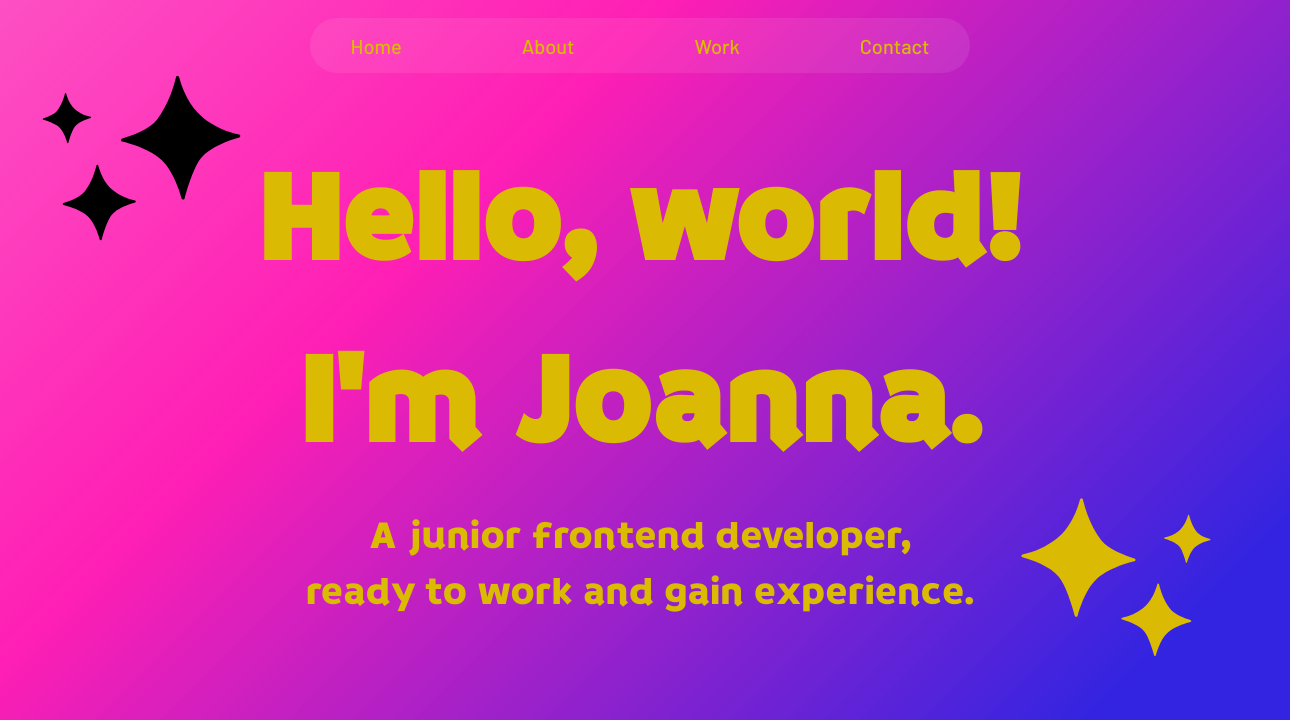
Repository: JJonka/portfolio_site
Page: /
The author's editor kept a copy of each file at every save. The page is drawn from the files as they stood at one save, then again after the next save.
The browser window is 1280 px wide. The page is 1290 px wide, so the pictures cover 1290 px, including what lies to the right of the window. The pictures show the whole page.
The project was rebuilt for these pictures with package versions that can differ from the ones it lists, and the page was loaded fresh each time. Also part of the build but not shown: vite.config.ts, src/components/EndOfSection.module.scss, src/components/EndOfSection.tsx, src/pages/About.tsx, src/components/LogoIcon.module.scss, src/components/LogoIcon.tsx, src/pages/Contact.tsx, src/pages/Work.module.scss and 1 more.

Above is the page before, as saved 2023-10-08 15:45:45.

### index.html
<!doctype html>
<html lang="en">
  <head>
    <meta charset="UTF-8" />
    <link rel="icon" href="./src/assets/jj_logo.svg">
    <meta name="viewport" content="width=device-width, initial-scale=1.0" />
    <title>Joanna Jurasz - software developer</title>
  </head>
  <body>
    <div id="root"></div>
    <script type="module" src="/src/index.tsx"></script>
  </body>
</html>

### src/index.tsx
import React from 'react';
import ReactDOM from 'react-dom/client';
import App from './App';
import { BrowserRouter } from 'react-router-dom';


const root = ReactDOM.createRoot( document.getElementById('root') as HTMLElement);

root.render(
  <BrowserRouter>
    <App />
  </BrowserRouter>
);

### src/App.tsx
import { Routes, Route } from 'react-router-dom';
import HomePage from './pages/HomePage';
import About from './pages/About';
import Contact from './pages/Contact';
import Work from './pages/Work';
import './App.css'


const App = () => {
    return (
      <div>
      <div className='mainBackground' />
      <div className='layer1' />
      <div className='layer2' />

      <Routes>
        <Route path='/' element={ <HomePage /> } />
        <Route path='/about' element={ <About /> } />
        <Route path='/work' element={ <Work /> } />
        <Route path='/contact' element={ <Contact /> }/>
      </Routes>
      </div>
    )
}

export default App;

### src/pages/HomePage.tsx
import Menu from "../components/Menu";
import styles from "./HomePage.module.scss"

const  HomePage = () => {
    return (
      <div className={styles.card}>

        <div className={styles.container}>
        <Menu></Menu>
          <img src="..\src\assets\stars2.svg" className={styles.imgTop}></img>
          <h1 className={styles.header}>Hello, world!<br />I'm Joanna.</h1>
          <h2 className={styles.introduction}>A junior frontend developer, <br />ready to work and gain experience.</h2>
          <img src="..\src\assets\stars.svg" className={styles.imgBottom}></img>
        </div>
      </div>
    )
}

export default HomePage;

### src/App.css
@font-face {
  font-family: 'Barlow-Light';
  src: url(/fonts/Barlow-Light.ttf);
}

@font-face {
	font-family: 'Barlow-Regular' ;
	src: url(/fonts/Barlow-Regular.ttf);
}

body {
	display: flex;
	flex-direction: column;
    align-items: center;
    font-family: 'Barlow-Light';
	text-align: center;
    padding-left: calc(100vw - 100%);
    --main-color: #daba02;
}

.mainBackground {
    background-image: linear-gradient(135deg, #fc79d0 10%, #ff00aaec 50% , #2719e0 85%);
    animation: slide 5s linear infinite alternate;
    animation-fill-mode: backwards;
    animation-delay: -1s;
    position: fixed;
    top: 0;
    bottom: 0;
    left: -50%;
    right: -50%;
    opacity: 0.95;
    z-index: -1;
}




@keyframes slide {
    0% {
        transform: translateX(-20%);
    }
    100% {
        transform: translateX(-10%);
    }

}

### src/components/Menu.tsx
import styles from "./Menu.module.scss";
import  LinkToPage  from "./LinkToPage"

const Menu = () => {

    return (
        <div className={styles.menu}>
            <LinkToPage
                link = {'/'}
                urlTo = {"http://localhost:5173/"}
                linkTitle= {"Home"}
            ></LinkToPage>
            <LinkToPage
                link = {'/about'}
                urlTo = {"http://localhost:5173/about"}
                linkTitle= {"About"}
            ></LinkToPage>
            <LinkToPage
                link = {'/work'}
                urlTo = {"http://localhost:5173/work"}
                linkTitle= {"Work"}
            ></LinkToPage>
            <LinkToPage
                link = {'/contact'}
                urlTo = {"http://localhost:5173/contact"}
                linkTitle= {"Contact"}
            ></LinkToPage>
        </div>
    )
};

export default Menu;

### src/pages/HomePage.module.scss
@font-face {
    font-family: 'BraahOne-Regular';
    src: url(/fonts/BraahOne-Regular.ttf);
}

.header {
    color: var(--main-color);
    font-family: "BraahOne-Regular";
    font-size: 130px;
    margin-bottom: 10px;
    margin-top: 25px;
}

.introduction {
    color: var(--main-color);
    font-family: "BraahOne-Regular";
    font-size: 40px;
    font-weight: 50;
    margin-top: 5px;

}

.imgTop {
    position: absolute;
    top: 50px;
    left: 50px;
    max-width: 30%;
    max-height: 30%;
}

.imgBottom {
    position: absolute;
    bottom: 0;
    right: 70px;
    max-width: 30%;
    max-height: 30%;
}

.container {
    display: flex;
    flex-direction: column;
    align-items: center;
    position: relative;
    width: 1300px;
    height: 675px;
}

.card {
    display: flex;
    flex-direction: column;
    align-items: center;
}

### src/pages/About.module.scss
@font-face {
	font-family: 'Barlow-Regular' ;
	src: url(/fonts/Barlow-Regular.ttf);
}

.card {
    display: flex;
    flex-direction: column;
    align-items: center;
}

.header {
    color: var(--main-color);
    font-family: "BraahOne-Regular";
    font-size: 100px;
    margin-bottom: 10px;
    margin-top: 15px;
}

.container {
    justify-content: center;
    display: flex;
    flex-direction: row;
    height: 450px;
    width: 1100px;
    gap: 50px;
    margin-bottom: 10px;
    margin-top: 20px;
}

.image {
    max-width: 90%;
    max-height: 90%;
}

.text {
    height: 400px;
    width: 550px;
    display: flex;
    flex-direction: column;
    align-items: center;
    justify-content: center;
}

.aboutMe {
    font-family: "Barlow-Regular";
    font-size: 20px;
    color:  rgb(3, 54, 121);
    margin: 0;
    padding: 30px;

}

.box {
    background-color: rgba(255, 255, 255, 0.16);
    border-color: var(--main-color);
    border-radius: 50px;
    border-style: solid;
    border-width: 2px;
    text-align: justify;
}

### src/pages/Contact.module.scss
@font-face {
	font-family: 'Barlow-Regular' ;
	src: url(/fonts/Barlow-Regular.ttf);
}
@font-face {
    font-family: 'Barlow-Medium';
    src: url(/fonts/Barlow-Medium.ttf);
}

.card {
    align-items: center;
    display: flex;
    flex-direction: column;
}

.container {
    display: flex;
    flex-direction: column;
    align-items: center;
    height: 500px;
    width: 1100px;
    margin-bottom: 100px;
}

.header {
    color: var(--main-color);
    font-family: "BraahOne-Regular";
    font-size: 70px;
    margin-bottom: 10px;
    margin-top: 30px;

}

.logos {
    display: flex;
    flex-direction: row;
    gap: 250px;
    margin-top: 50px;
    margin-bottom: 120px;
    justify-content: center;
    width: 1000px;
}

a {
    text-decoration: none;
}

### src/components/Menu.module.scss
@font-face {
    font-family: 'Barlow-Medium';
    src: url(/fonts/Barlow-Medium.ttf);
}


.menu {
    border-radius: 50px;
    font-family: 'Barlow-Medium';
    font-size: 20px;
    margin-top: 10px;
    margin-bottom: 30px;
    width: 620px;
    height: 15px;
    padding: 20px;
    display: flex;
    flex-direction: row;
    align-items: center;
    justify-content: center;
    column-gap: 30px;
    background-color:rgba(255, 255, 255, 0.083);;

}

### src/components/LinkToPage.tsx
import { Link } from "react-router-dom";
import styles from "./LinkToPage.module.scss"

interface LinkTo  {
    link: string
    urlTo: string
    linkTitle: string
}

const LinkToPage = (props: LinkTo) => {
    return (
        <div>
            <Link to={props.link} className={document.URL == props.urlTo ? styles.active : styles.link}>{props.linkTitle} </Link>
        </div>
    )
}

export default LinkToPage

### src/components/LinkToPage.module.scss
.link {
    text-decoration: none;
    color: var(--main-color);
    margin: 10px 25px;
    padding: 5px 20px;
}

.link:hover {
    margin: 10px 25px;
    padding: 5px 20px;
    background-color: rgba(255, 255, 255, 0.259);
    border-radius: 50px;
    transition: background-color 1s;
}

.active {
    text-decoration: none;
    color: var(--main-color);
    margin: 10px 25px;
    padding: 5px 20px;
    background-color: rgba(255, 255, 255, 0.259);
    border-radius: 50px;
}

After the next save:
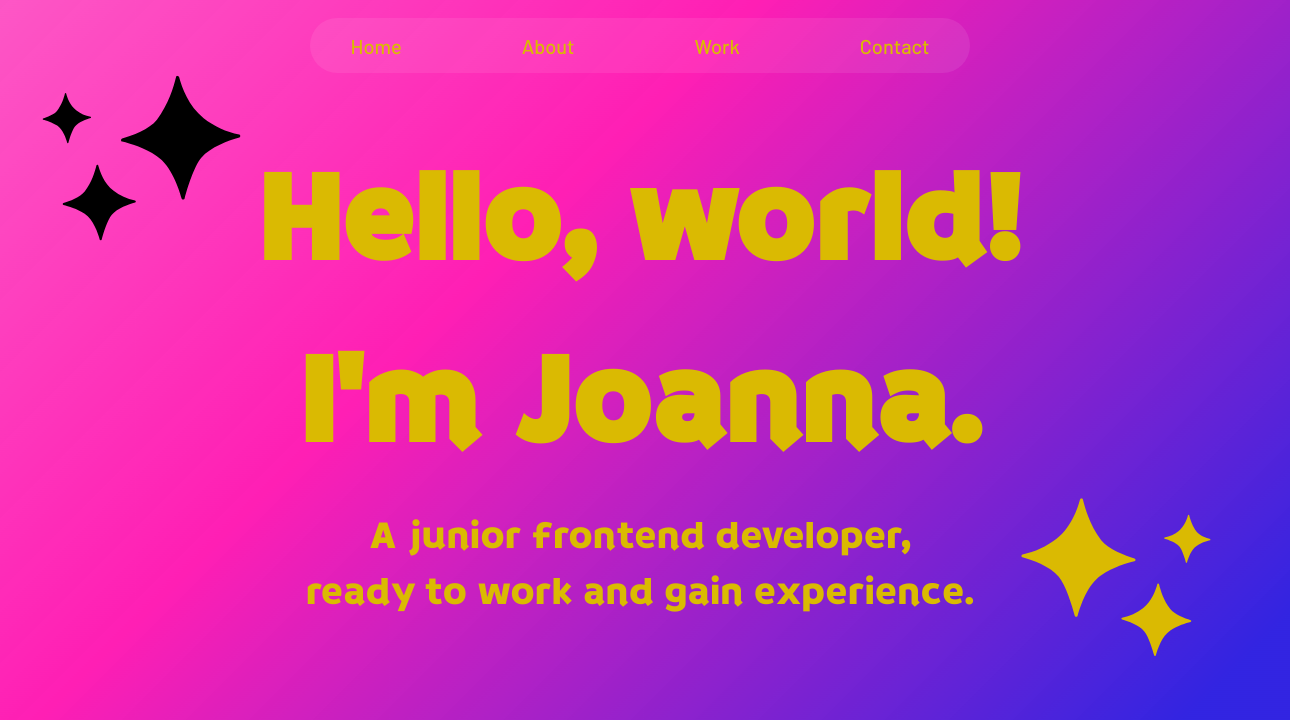
Saved 18 s later.
--- a/src/App.css
+++ b/src/App.css
@@ -40,7 +40,7 @@ body {
         transform: translateX(-20%);
     }
     100% {
-        transform: translateX(-10%);
+        transform: translateX(-5%);
     }
 
 }
